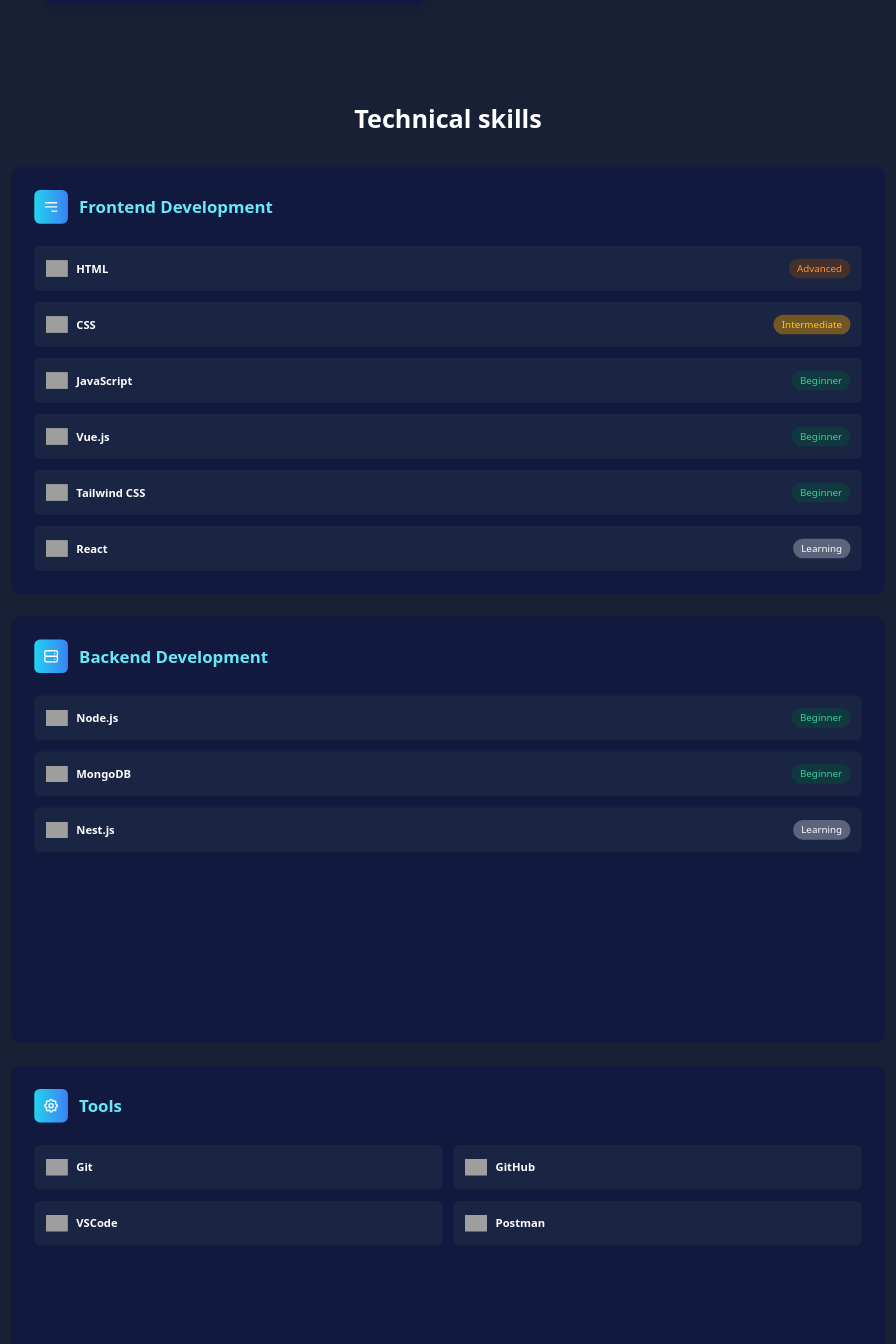
Repository: Charifx7/MyPortfolio
Page: /
These files come from the project's save history. The page is drawn as it stood at one moment and after a run of saves; the edit follows.
The browser window is 1280 px wide. The pictures show the part of the page from y = 1001 to 2921 px (the page is 5582 px tall before and 4330 px after), at 70% of full size.
Pictures or frames that could not be fetched are drawn as grey boxes. The project was rebuilt for these pictures with package versions that can differ from the ones it lists, and the page was loaded fresh each time. Also part of the build but not shown: vite.config.js.

Above is the page before, as saved 2026-02-14 10:06:47.

After the next 2 saves:
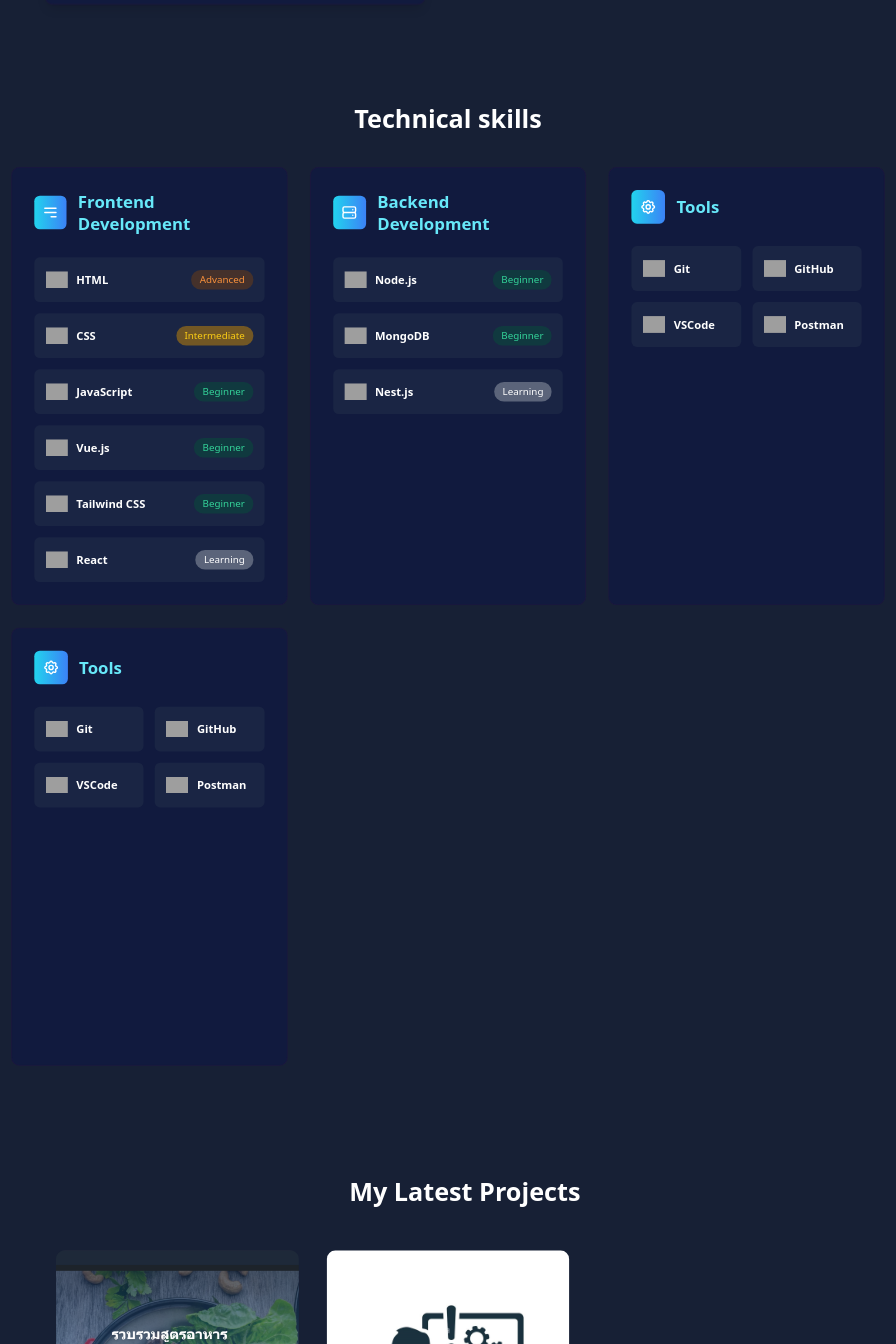
The 2 saves are shown as one change because they came seconds apart.
The last was saved 15 s later.
--- a/src/components/ExperienceAndSkills.vue
+++ b/src/components/ExperienceAndSkills.vue
@@ -2,7 +2,7 @@
     <section id="skills" class="py-20">
         <div class="container mx-auto px-4">
             <h2 class="text-4xl font-bold text-center text-white mb-12" data-aos="fade-up">Technical skills</h2>
-            <div class="grid md:grid-cols-1 lg:grid-cols- gap-8">
+            <div class="grid md:grid-cols-1 lg:grid-cols-3 gap-8">
 
                 <!-- Frontend Section -->
                 <div class="bg-[#111a3e] rounded-xl p-8 border border-[#1f1641] hover:shadow-xl transition-all duration-300"
